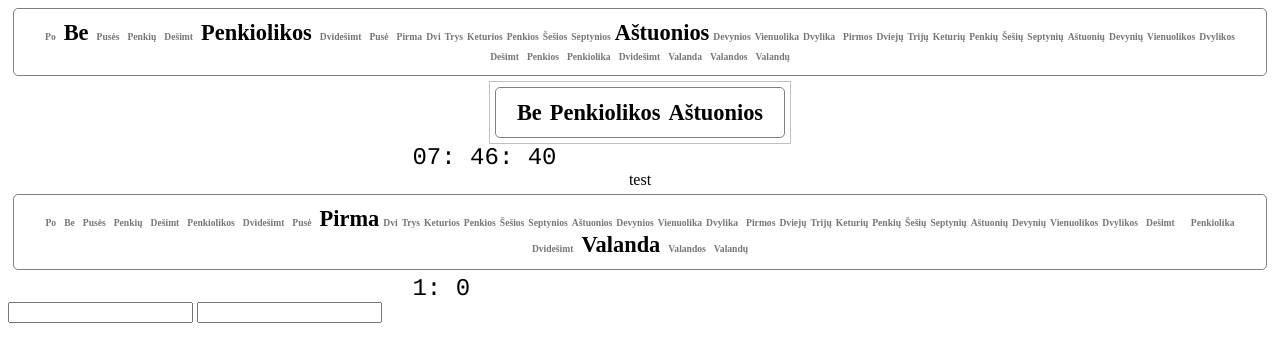
Repository: Skaidrius/WordClock
Page: index.html
The author's editor kept a record of every edit. The page is drawn from the files as they stood at one moment, then again after the next edit.
The browser window is 1280 px wide. The pictures show the whole page.
Some web libraries are served in a nearby version.

Above is the page before.

### index.html
<!DOCTYPE html>
<html>

<head>
    <meta charset="UTF-8">
    <title>Laikrodukas</title>
    <link type="text/css" rel="stylesheet" href="style.css"></link>
</head>

<body ng-app="clockApp">
    <div ng-controller="DataController" ng-init="init();">
        <div id="clck-bgr">
        <ul>
            <li ng-class="currMins >= 5 && currMins < 25 || currMins >= 35 && currMins < 40? 'active' : 'passive'">{{after}}</li>
            <li ng-class="currMins >= 25 && currMins < 30 || currMins >= 40 ? 'active' : 'passive'">{{till}}</li>
            <li ng-class="currMins >= 35 && currMins < 40 ? 'active' : 'passive'">{{afterhalf}}</li>
            <li ng-class="currMins >= 25 && currMins < 30 || currMins >=  55 ? 'active' : 'passive'">{{fivetill}}</li>
            <li ng-class="currMins >= 50 && currMins < 55 ? 'active' : 'passive'">{{ten}}</li>
            <li ng-class="currMins >= 45 && currMins < 50 ? 'active' : 'passive'">{{quarter}}</li>
            <li ng-class="currMins >= 40 && currMins < 45 ? 'active' : 'passive'">{{twenty}}</li>
            <li ng-class="currMins >= 25 && currMins < 35 ? 'active' : 'passive'">{{half}}</li>

            <li ng-show="item.value!= 13" ng-repeat="item in hoursPastHalf" ng-class="currMins >= 40 && item.value-1 == currHours || currMins < 5 && item.value == currHours ? 'active' : 'passive'">{{item.name }}</li>

            <li ng-show="item.value!= 13" ng-repeat="item in hoursPastZero" ng-class="currMins >= 5 && currMins < 25 && item.value == currHours || currMins >= 25 && currMins < 40 && item.value-1 == currHours ? 'active' : 'passive'">{{item.name }}</li>

            <li ng-class="currMins > 9 && currMins < 15 || currHours == tenHours.value && currMins >= 0 && currMins < 25 || currMins >= 25 && currMins < 60 && tenHours.value-1 == currHours ? 'active' : 'passive'">{{tenHours.name}}</li>

            <li ng-class="currMins >= 5 && currMins < 10 || currMins >=35 && currMins < 40 ? 'active' : 'passive'">{{five}}</li>
            <li ng-class="currMins >= 15 && currMins < 20? 'active' : 'passive'">{{fifteen}}</li>
            <li ng-class="currMins >= 20 && currMins < 25 ? 'active' : 'passive'">{{twenty}}</li>
            <li ng-class="currMins < 5 && currHours == 1 < 5 ? 'active' : 'passive'">{{hour}}</li>
            <li ng-class="currMins < 5 && currHours > 1 && currHours <= 9 ? 'active' : 'passive'">{{hours}}</li>
            <li ng-class="currMins < 5 && currHours > 9 ? 'active' : 'passive'">{{morehour}}</li>
        </ul>
        </div>

    <div id="clck-bgr-1">
        <ul>
            <li ng-class="currMins >= 5 && currMins < 25 || currMins >= 35 && currMins < 40 ? 'visible' : 'hidden'">{{after}}</li>
            <li ng-class="currMins >= 25 && currMins < 30 || currMins >= 40 ? 'visible' : 'hidden'" >{{till}}</li>
            <li ng-class="currMins >= 35 && currMins < 40 ? 'visible' : 'hidden'" >{{afterhalf}}</li>

            <li ng-class="currMins >= 25 && currMins < 30 || currMins >=  55 || currMins >= 5 && currMins < 25 && item.value == currHours ||
                    currMins >= 25 && currMins < 40 && item.value-1 == currHours?
                    'visible' : 'hidden'" >{{fivetill}}</li>
            <li ng-class="currMins >= 50 && currMins < 55 ? 'visible' : 'hidden'" >{{ten}}</li>
            <li ng-class="currMins >= 45 && currMins < 50 ? 'visible' : 'hidden'" >{{quarter}}</li>
            <li ng-class="currMins >= 40 && currMins < 45 ? 'visible' : 'hidden'" >{{twenty}}</li>
            <li ng-class="currMins >= 25 && currMins < 35 ? 'visible' : 'hidden'" >{{half}}</li>

            <li ng-show="item.value!= 13" ng-repeat="item in hoursPastHalf"
                ng-class="currMins >= 40 && item.value-1 == currHours ||
                    currMins < 5 && item.value == currHours ?
                        'visible' : 'hidden'"
                            >{{item.name }}</li>

            <li ng-show="item.value!= 13"
                ng-repeat="item in hoursPastZero"
                ng-class="currMins >= 5 && currMins < 25 && item.value == currHours ||
                    currMins >= 25 && currMins < 40 && item.value-1 == currHours ?
                        'visible' : 'hidden'"
                            >{{item.name }}</li>

            <li ng-class="currMins > 9 && currMins < 15 ||
                    currHours == tenHours.value && currMins >= 0 && currMins < 25 ||
                    currMins >= 25 && currMins < 60 && tenHours.value-1 == currHours ?
                        'visible' : 'hidden'"
                            >{{tenHours.name}}</li>

            <li ng-class="currMins >= 5 && currMins < 10 ||
                    currMins >=35 && currMins < 40 ?
                        'visible' : 'hidden'"
                            >{{five}}</li>
            <li ng-class="currMins >= 15 && currMins < 20 ?
                        'visible' : 'hidden'"
                            >{{fifteen}}</li>
            <li ng-class="currMins >= 20 && currMins < 25 ?
                        'visible' : 'hidden'"
                            >{{twenty}}</li>
            <li ng-class="currMins < 5 && currHours == 1 < 5 ?
                        'visible' : 'hidden'"
                            >{{hour}}</li>
            <li ng-class="currMins < 5 && currHours > 1 && currHours <= 9 ?
                        'visible' : 'hidden'"
                            >{{hours}}</li>
            <li ng-class="currMins < 5 && currHours > 9 ?
                        'visible' : 'hidden'"
                            >{{morehour}}</li>
        </ul>
        </div>

        <div class="digital">
            <span>{{currHours}}: {{currMins}}: {{currSecs}}</span>
         </div>
    </div>

    <div ng-controller="DataController1" ng-init="currHours = '1'; currMins = '0';">
        <div id="clck-bgr">test
        <ul>
            <li ng-class="currMins >= 5 && currMins < 25 || currMins >= 35 && currMins < 40? 'active' : 'passive'">{{after}}</li>
            <li ng-class="currMins >= 25 && currMins < 30 || currMins >= 40 ? 'active' : 'passive'">{{till}}</li>
            <li ng-class="currMins >= 35 && currMins < 40 ? 'active' : 'passive'">{{afterhalf}}</li>
            <li ng-class="currMins >= 25 && currMins < 30 || currMins >=  55 ? 'active' : 'passive'">{{fivetill}}</li>
            <li ng-class="currMins >= 50 && currMins < 55 ? 'active' : 'passive'">{{ten}}</li>
            <li ng-class="currMins >= 45 && currMins < 50 ? 'active' : 'passive'">{{quarter}}</li>
            <li ng-class="currMins >= 40 && currMins < 45 ? 'active' : 'passive'">{{twenty}}</li>
            <li ng-class="currMins >= 25 && currMins < 35 ? 'active' : 'passive'">{{half}}</li>

            <li ng-show="item.value!= 13" ng-repeat="item in hoursPastHalf" ng-class="currMins >= 40 && item.value-1 == currHours || currMins < 5 && item.value == currHours ? 'active' : 'passive'">{{item.name }}</li>

            <li ng-show="item.value!= 13" ng-repeat="item in hoursPastZero" ng-class="currMins >= 5 && currMins < 25 && item.value == currHours || currMins >= 25 && currMins < 40 && item.value-1 == currHours ? 'active' : 'passive'">{{item.name }}</li>

            <li ng-class="currMins > 9 && currMins < 15 || currHours == tenHours.value && currMins >= 0 && currMins < 25 || currMins >= 25 && currMins < 60 && tenHours.value-1 == currHours ? 'active' : 'passive'">{{tenHours.name}}</li>

            <li ng-class="currMins >= 5 && currMins < 10 || currMins >=35 && five.value-1 == currHours || currMins < 5 && five.value == currHours ?
            'active' : 'passive'">{{five.name}}</li>

            <!--<li ng-class="currMins >= 5 && currMins < 10 || currMins >=35 && currMins < 40 || currMins >= 40 && five.value-1 == currHours && currMins < 5 && five.value == currHours ? 'active' : 'passive'">{{five}}</li>-->
            <li ng-class="currMins >= 15 && currMins < 20? 'active' : 'passive'">{{fifteen}}</li>
            <li ng-class="currMins >= 20 && currMins < 25 ? 'active' : 'passive'">{{twenty}}</li>
            <li ng-class="currMins < 5 && currHours == 1 < 5 ? 'active' : 'passive'">{{hour}}</li>
            <li ng-class="currMins < 5 && currHours > 1 && currHours <= 9 ? 'active' : 'passive'">{{hours}}</li>
            <li ng-class="currMins < 5 && currHours > 9 ? 'active' : 'passive'">{{morehour}}</li>
        </ul>
        </div>

        <div class="digital">
            <span>{{currHours}}: {{currMins}}</span><br>
         </div>
         <div>
            <input type="number" ng-model="currHours"/></label>
            <input type="number" ng-model="currMins"/></label>
         </div>
    </div>

<script src="https://ajax.googleapis.com/ajax/libs/angularjs/1.3.12/angular.min.js"></script>
<script type="text/javascript" src="app.js"></script>
</body>

</html>

### style.css
#clck-bgr {
    text-align: center;
}

#clck-bgr-1 {
    text-align: center;
    max-width: 300px;
    height: auto;
    margin: 0 auto;
    border: 1px solid silver;
}

ul {
    width: auto;
    height: auto;
    border: 1px solid grey;
    border-radius: 5px;
    padding: 0.7em;
    margin: 5px;
}
ul li    {
    list-style: none;
    display: inline-block;
    padding: 0 2px;
    font-weight: bold;
}

.active   { color: #000; font-size: 1.4em}
.passive  { color: #777; font-size: 0.6em}

.visible   { visibility: visible; font-size: 1.4em}
.hidden  { display: none; font-size: 0.6em}

.digital {
    font-family: ‘Courier New’, Courier, monospace;
    font-size: 24px;
    margin-left: 32%;
}

### app.js
var app = angular.module('clockApp', []);
  app.controller('DataController', function($scope, $interval, $filter) {

    $scope.init = $interval(function(){
        $scope.input = new Date();
        $scope.currHours = $filter('date')($scope.input, 'hh');
        $scope.currMins = $filter('date')($scope.input, 'mm');
        $scope.currSecs = $filter('date')($scope.input, 'ss');

        $scope.hoursPastHalf= [ {value:   1,     name: "Pirma" },
                        {value:   2,     name: "Dvi"        },
                        {value:   3,     name: "Trys"       },
                        {value:   4,     name: "Keturios"   },
                        {value:   5,     name: "Penkios"    },
                        {value:   6,     name: "Šešios"     },
                        {value:   7,     name: "Septynios"  },
                        {value:   8,     name: "Aštuonios"  },
                        {value:   9,     name: "Devynios"   },
                        {value:  11,     name: "Vienuolika" },
                        {value:  12,     name: "Dvylika"    },
                        {value:  13,     name: "Pirma"      } ];

        $scope.tenHours = {value:  10,     name: "Dešimt"   };

        $scope.hoursPastZero = [ {value:  1,     name: "Pirmos"     },
                        {value:  2,     name: "Dviejų"      },
                        {value:  3,     name: "Trijų"       },
                        {value:  4,     name: "Keturių"     },
                        {value:  5,     name: "Penkių"      },
                        {value:  6,     name: "Šešių"       },
                        {value:  7,     name: "Septynių"    },
                        {value:  8,     name: "Aštuonių"    },
                        {value:  9,     name: "Devynių"     },
                        {value:  11,    name: "Vienuolikos" },
                        {value:  12,    name: "Dvylikos"    },
                        {value:  13,    name: "Pirmos"      }  ];

        $scope.till = "Be";
        $scope.after = "Po";

        $scope.five = "Penkios";
        $scope.fivetill = "Penkių";
        $scope.ten = "Dešimt";
        $scope.quarter = "Penkiolikos";
        $scope.fifteen = "Penkiolika";
        $scope.twenty = "Dvidešimt";
        $scope.half = "Pusė";
        $scope.afterhalf = "Pusės";

        $scope.hour = "Valanda";
        $scope.hours = "Valandos";
        $scope.morehour = "Valandų";

},100 );

});

app.controller('DataController1', function($scope, $interval) {  //clone for testing

    $scope.init = $interval(function(){

        $scope.hoursPastHalf= [ {value:   1,     name: "Pirma" },
                        {value:   2,     name: "Dvi"        },
                        {value:   3,     name: "Trys"       },
                        {value:   4,     name: "Keturios"   },
                        {value:   5,     name: "Penkios"    }, // naikint, palikt 1 (toliau)
                        {value:   6,     name: "Šešios"     },
                        {value:   7,     name: "Septynios"  },
                        {value:   8,     name: "Aštuonios"  },
                        {value:   9,     name: "Devynios"   },
                        {value:  11,     name: "Vienuolika" },
                        {value:  12,     name: "Dvylika"    },
                        {value:  13,     name: "Pirma"      } ];

        $scope.tenHours = {value:  10,     name: "Dešimt"   };

        $scope.hoursPastZero = [ {value:  1,     name: "Pirmos"     },
                        {value:  2,     name: "Dviejų"      },
                        {value:  3,     name: "Trijų"       },
                        {value:  4,     name: "Keturių"     },
                        {value:  5,     name: "Penkių"      },
                        {value:  6,     name: "Šešių"       },
                        {value:  7,     name: "Septynių"    },
                        {value:  8,     name: "Aštuonių"    },
                        {value:  9,     name: "Devynių"     },
                        {value:  11,    name: "Vienuolikos" },
                        {value:  12,    name: "Dvylikos"    },
                        {value:  13,    name: "Pirmos"      }  ];

        $scope.till = "Be";
        $scope.after = "Po";

        $scope.five = "Penkios";
        $scope.fivetill = "Penkių";
        $scope.ten = "Dešimt";
        $scope.quarter = "Penkiolikos";
        $scope.fifteen = "Penkiolika";
        $scope.twenty = "Dvidešimt";
        $scope.half = "Pusė";
        $scope.afterhalf = "Pusės";

        $scope.hour = "Valanda";
        $scope.hours = "Valandos";
        $scope.morehour = "Valandų";

},100 );

});

After the next edit:
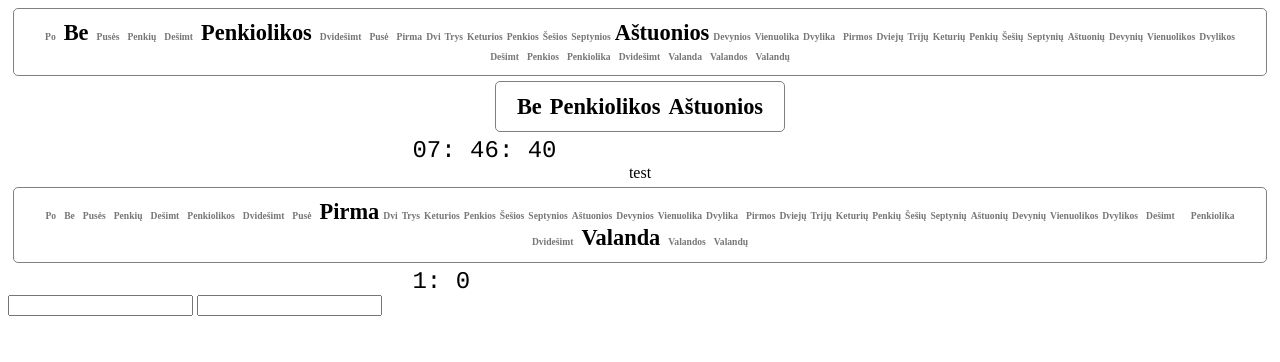
The edit:
--- a/style.css
+++ b/style.css
@@ -7,7 +7,6 @@
     max-width: 300px;
     height: auto;
     margin: 0 auto;
-    border: 1px solid silver;
 }
 
 ul {
